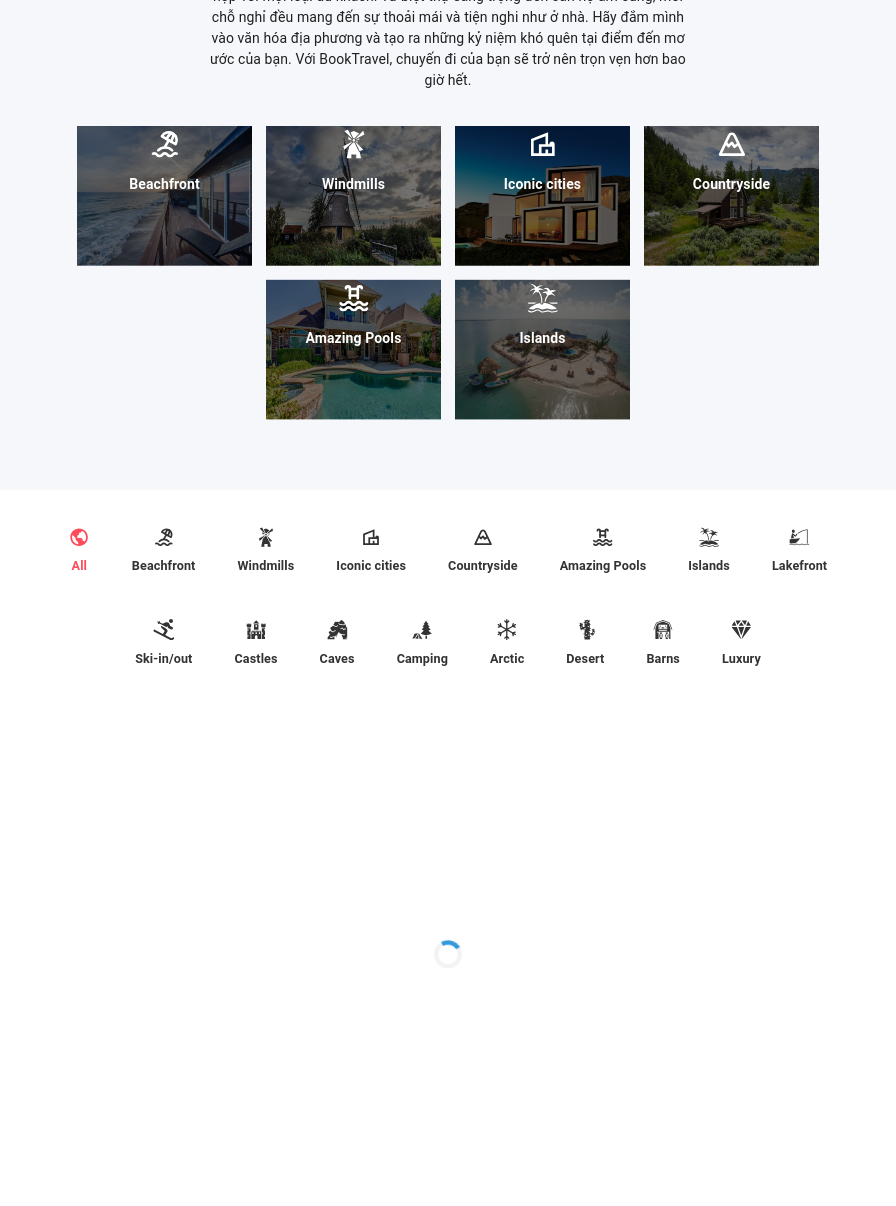
Repository: minhquang203/Homestay
Page: / (app in client/)
An editor plug-in stored every save of this project. The page is shown before and after a run of saves, followed by the edit.
The browser window is 1280 px wide. The pictures show the part of the page from y = 959 to 2879 px (the page is 2682 px tall before and 2879 px after), at 70% of full size.
The page's requests for data from a server got no answer. The project was rebuilt for these pictures with package versions that can differ from the ones it lists, and the page was loaded fresh each time. No one was signed in, and anything a server would have sent is missing. Also part of the build but not shown: client/src/styles/ListingCard.scss, client/src/components/ListingCard.jsx, client/src/styles/variable.scss, client/src/styles/List.scss, client/src/pages/CategoryPage.jsx, client/src/styles/CreateListing.scss, client/src/pages/CreateListing.jsx, client/src/styles/ListingDetails.scss and 12 more.

Above is the page before, as saved 2024-12-07 02:05:21.

After the next 2 saves:
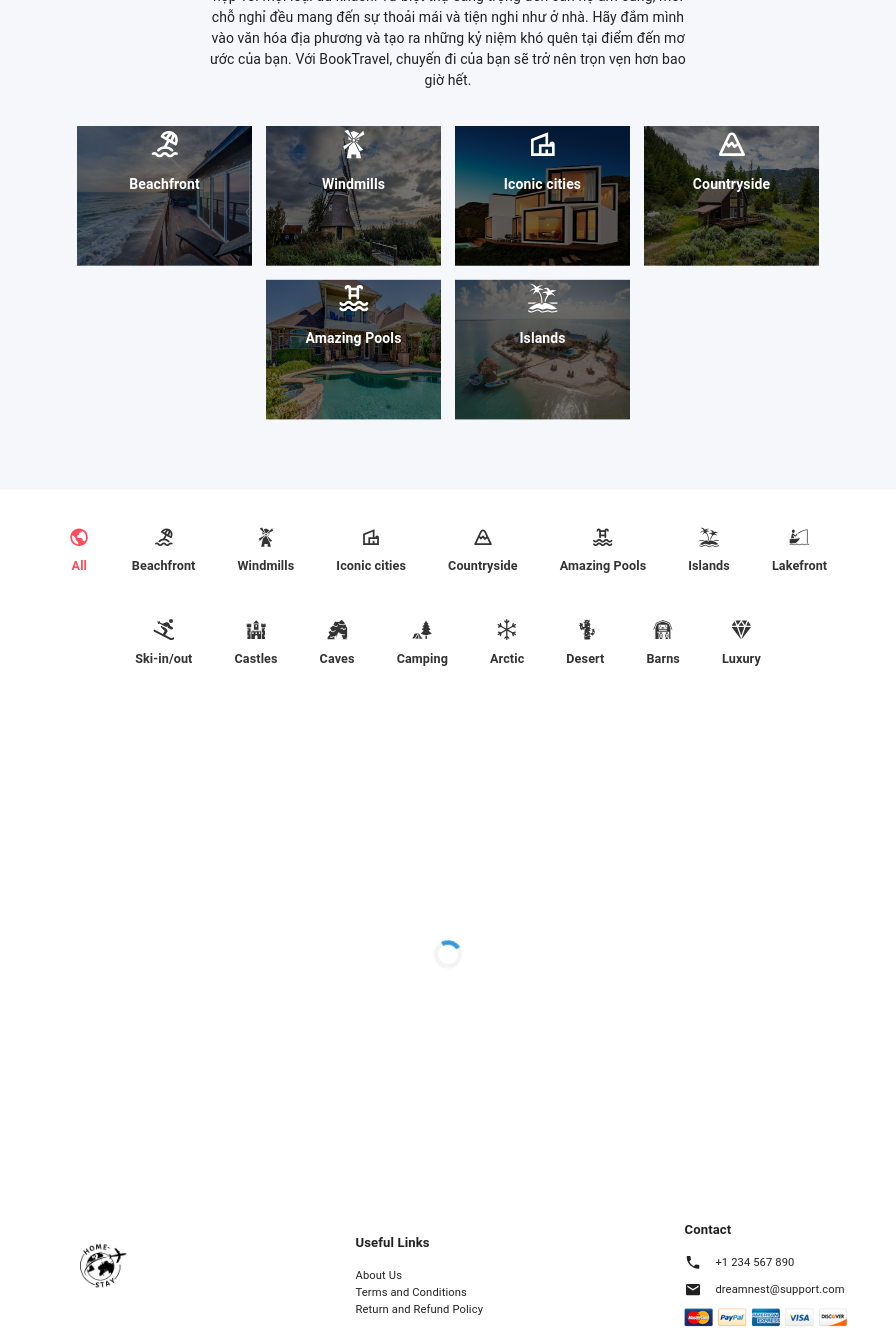
The 2 saves are shown as one change because 1 did not build or start.
The last was saved 18 s later.
--- a/client/src/pages/HomePage.jsx
+++ b/client/src/pages/HomePage.jsx
@@ -1,7 +1,8 @@
+import Categories from "../components/Categories";
+import Footer from "../components/Footer";
+import Listings from "../components/Listings";
 import Navbar from '../components/Navbar';
-import Slide from "../components/Slide"
-import Categories from "../components/Categories"
-import Listings from "../components/Listings"
+import Slide from "../components/Slide";
 
 
 
@@ -13,6 +14,7 @@ const HomePage = () => {
     <Slide/>
     <Categories/>
     <Listings/>
+    <Footer />
   </div>;
 };
 
